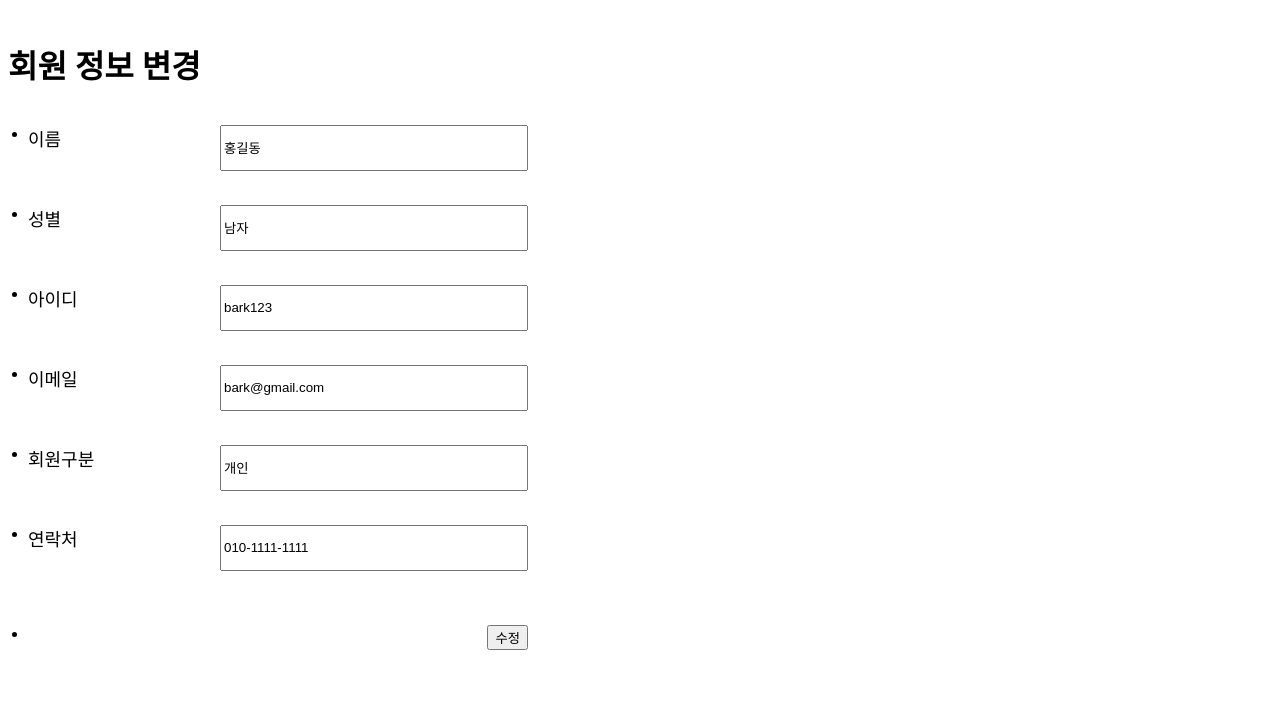
Repository: jngwk/Project-Bark
Page: http://localhost/Bark/include/userEditProfileFrm.jsp
An editor plug-in stored every save of this project. The page is shown before and after the next save, followed by the edit.
The browser window is 1280 px wide. The pictures show the whole page.
The page is served by Tomcat 9. Other server files are loaded and not shown.

Above is the page before, as saved 2024-03-31 05:44:08.

### java_workspace/Bark/src/main/webapp/include/userEditProfileFrm.jsp
<%@ page language="java" contentType="text/html; charset=UTF-8"
    pageEncoding="UTF-8"%>
<%@ taglib prefix="c" uri="http://java.sun.com/jsp/jstl/core" %>
<!DOCTYPE html>
<html>
<head>
<meta charset="UTF-8">
<title>header</title>
<c:set var="contextPath" value="${pageContext.request.contextPath }"/>
<link rel="stylesheet" href="${contextPath }/css/userEditProfileFrm.css"/>
</head>
<!--  이름 성별 아이디 이메일 회원구분 연락처 연락처2-->
<body>
<div class="container">
	<h1 id="info_header">회원 정보 변경</h1>
	<form class = "main_info" action="./userEditProfileProc.jsp" method="post">
		<ul class = "info-list">
			<li class="form-element"><span class="label-text">이름</span>
			<input class="profile-info readonly" type="text" data-text-content="true"
			value="홍길동" readonly></li>

			<li class="form-element"><span class="label-text">성별</span>
			<input class="profile-info readonly" type="text" data-text-content="true"
			value="남자" readonly></li>

			<li class="form-element"><span class="label-text">아이디</span>
			<input class="profile-info readonly" type="text" data-text-content="true"
			value="bark123" readonly></li>

			<li class="form-element"><span class="label-text">이메일</span>
			<input class="profile-info" type="text" data-text-content="true"
			value="bark@gmail.com" ></li>

			<li class="form-element"><span class="label-text">회원구분</span>
			<input class="profile-info readonly" type="text" data-text-content="true"
			value="개인" readonly></li>

			<li class="form-element"><span class="label-text">연락처</span>
			<input class="profile-info" type="text" data-text-content="true"
			value="010-1111-1111" ></li>
			<li class="form-element align-right">
			<input type="submit" class="btn" value="수정" style="margin-left: 150px">
			</li>
		</ul>
	</form>
</div>
</body>
</html>

### java_workspace/Bark/src/main/webapp/css/userEditProfileFrm.css
@charset "UTF-8";
.container{
	position: absolute;
	top: 20px;
}
.main_info {
    min-width:500px;
    display: flex;
    flex-direction: column;
    justify-content: center;
    align-items: center;
}
.info-list {
    display: flex;
    flex-direction: column;
    justify-content: center;
    align-items: center;
    width: 100%;
}
.label-text {
	position: relative;
    width: 80px; /* 고정 너비 설정 */
    height: 40px;
    font-size: 18px;
    float: left;
    left: 0;

}
.profile-info{
	position: relative;
	height: 40px;
	width: 60%;
	line-height: 35px;
	right: 0;
}
.form-element{
	height: 40px;
	padding-bottom: 40px;
	width: 100%;
	align-items: center;
}
.form-elememt:nth-child(1){
	padding-top: 30px;
}
.form-element input{
	float:right;
}
.align-right {
    text-align: right;
    padding-top: 20px;
}

After the next save:
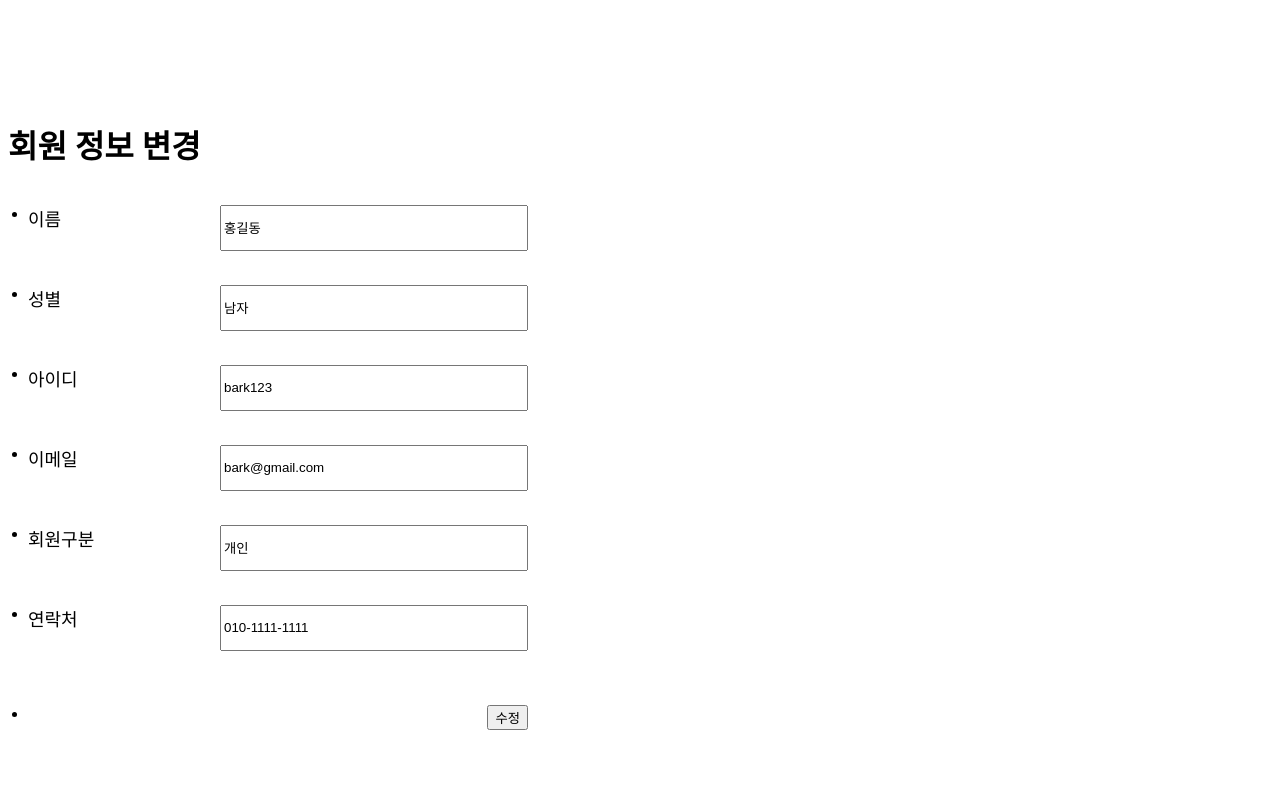
Saved 81 s later.
--- a/java_workspace/Bark/src/main/webapp/css/userEditProfileFrm.css
+++ b/java_workspace/Bark/src/main/webapp/css/userEditProfileFrm.css
@@ -1,7 +1,7 @@
 @charset "UTF-8";
 .container{
 	position: absolute;
-	top: 20px;
+	top: 100px;
 }
 .main_info {
     min-width:500px;
